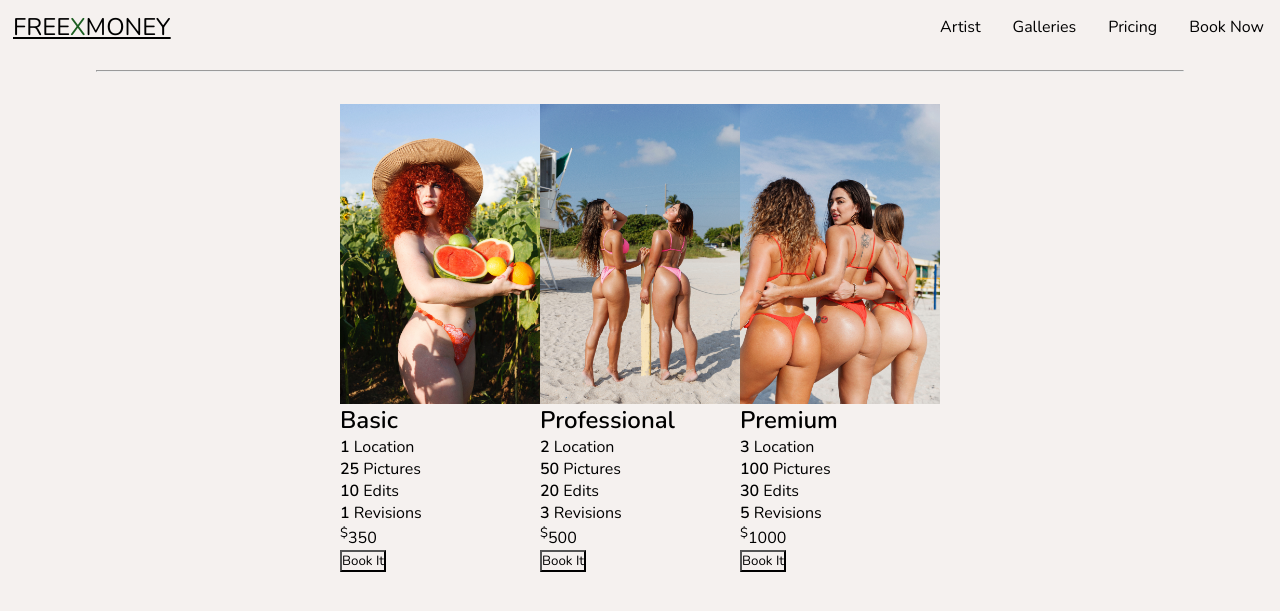
Repository: burntaftermint/freexmoney-draft
Page: price.html
An editor plug-in stored every save of this project. The page is shown before and after the next save, followed by the edit.
The browser window is 1280 px wide. The pictures show the whole page.
Some web fonts or font styles are not loaded; a fallback is used.

Above is the page before, as saved 2024-06-11 01:45:51.

After the next save:
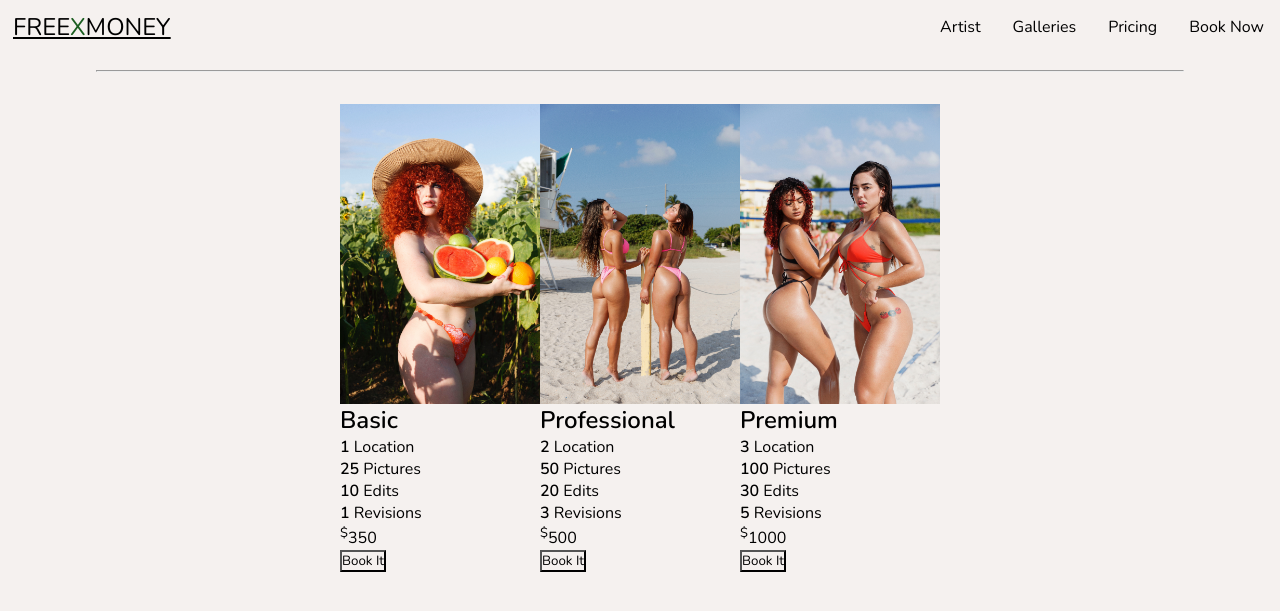
Saved 7 s later.
--- a/price.html
+++ b/price.html
@@ -79,7 +79,7 @@
         <div class="card-wrapper">
             <!-- card header -->
             <div class="card-header">
-                <img src="images/9.JPG" alt="basic">
+                <img src="images/11.JPG" alt="basic">
                 <h2>Premium</h2>
             </div>
             <!-- card detail -->
